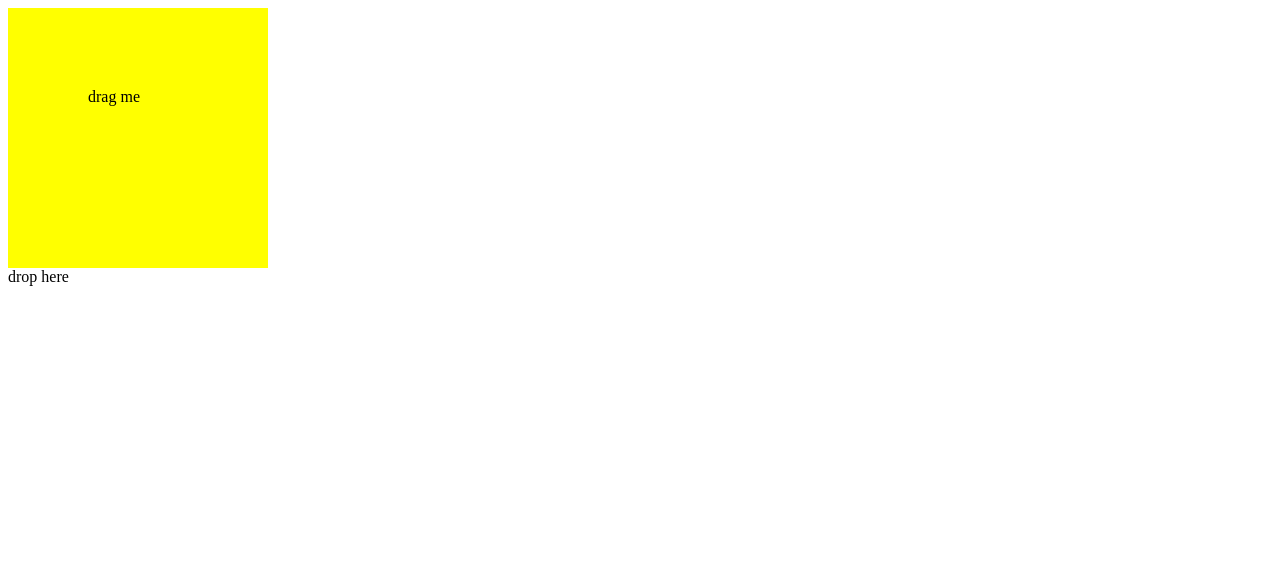
Repository: PoojaShirwaikar/BlockhainTest
Page: javascript/JQueryDemo/WebContent/interactive.html
An editor plug-in stored every save of this project. The page is shown before and after the next save, followed by the edit.
The browser window is 1280 px wide. The pictures show the whole page.
Some web libraries are served in a nearby version.

Above is the page before, as saved 2017-11-14 05:14:21.

### javascript/JQueryDemo/WebContent/interactive.html
<!DOCTYPE html>
<html>
<head>
<meta charset="ISO-8859-1">
<title>Insert title here</title>
<script src="https://code.jquery.com/jquery-3.2.1.js"></script>
<script src="https://code.jquery.com/ui/1.12.1/jquery-ui.js"></script>
<style>
#div1 {
	width:100px;
	height:100px;
	padding:05em;
	background-color:yellow

}
#div1 {
	width:100px;
	height:100px;
	padding:05em;
	background-color:yellow

}
</style>


</head>
<body>
	<div id="div1">drag me</div>
	<div id="div2">drop here</div>

</body>
</html>

After the next save:
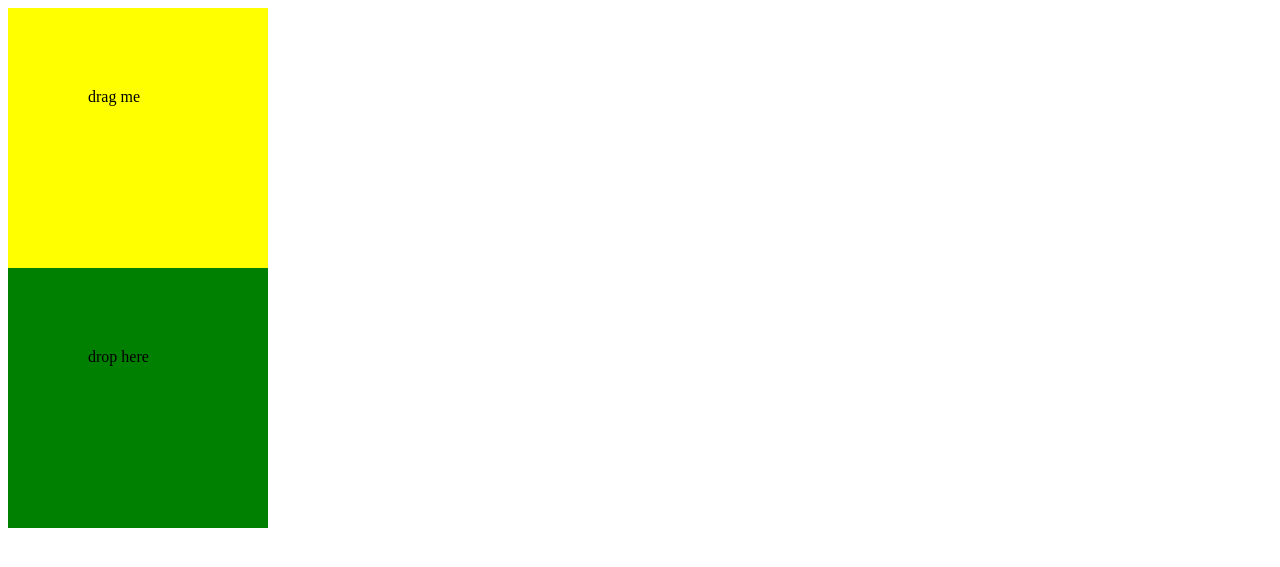
Saved 10 s later.
--- a/javascript/JQueryDemo/WebContent/interactive.html
+++ b/javascript/JQueryDemo/WebContent/interactive.html
@@ -7,18 +7,17 @@
 <script src="https://code.jquery.com/ui/1.12.1/jquery-ui.js"></script>
 <style>
 #div1 {
-	width:100px;
-	height:100px;
-	padding:05em;
-	background-color:yellow
+	width: 100px;
+	height: 100px;
+	padding: 05em;
+	background-color: yellow
+}
 
-}
-#div1 {
-	width:100px;
-	height:100px;
-	padding:05em;
-	background-color:yellow
-
+#div2 {
+	width: 100px;
+	height: 100px;
+	padding: 05em;
+	background-color: green
 }
 </style>
 
